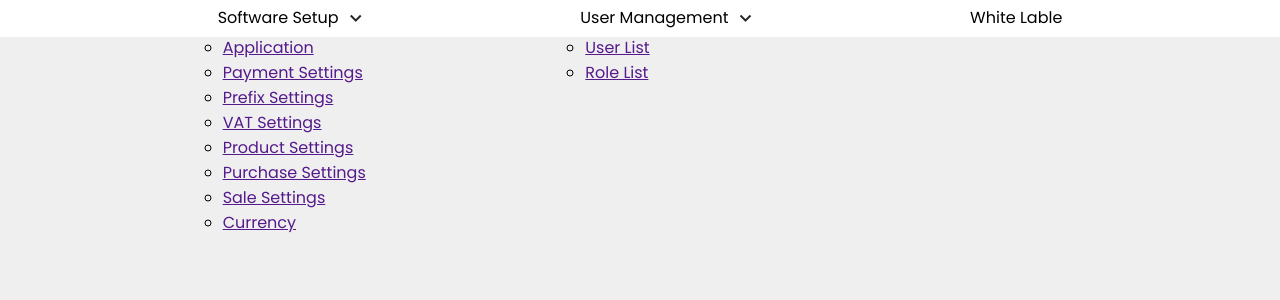
Repository: codebyaddro/pos-settings
Page: settings.html
The author's editor kept a copy of each file at every save. The page is drawn from the files as they stood at one save, then again after a run of saves.
The browser window is 1280 px wide. The pictures show the whole page.

Above is the page before, as saved 2025-02-16 14:38:33.

After the next 3 saves:
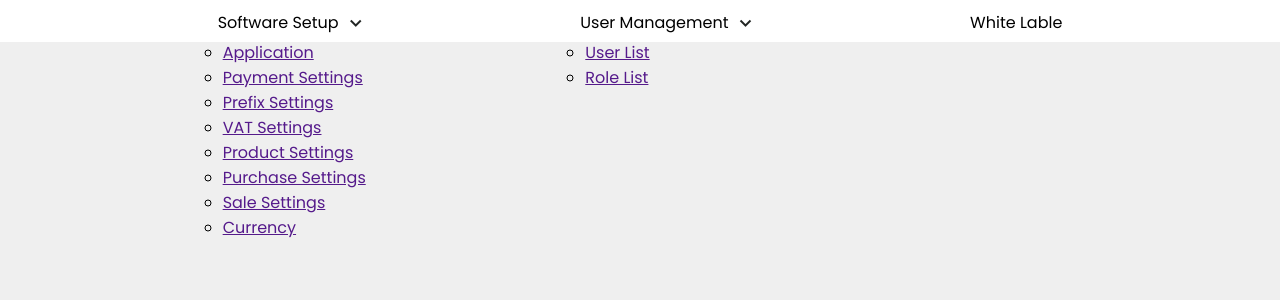
The 3 saves are shown as one change because they came seconds apart.
The last was saved 9 s later.
--- a/css/settings.css
+++ b/css/settings.css
@@ -45,7 +45,7 @@
     justify-content: space-evenly;
     align-items: flex-start;
     background-color: var(--white);
-    padding: 5px 5px 5px 5px;
+    padding: 10px 5px 5px 5px;
     list-style-type: none;
 }
 
